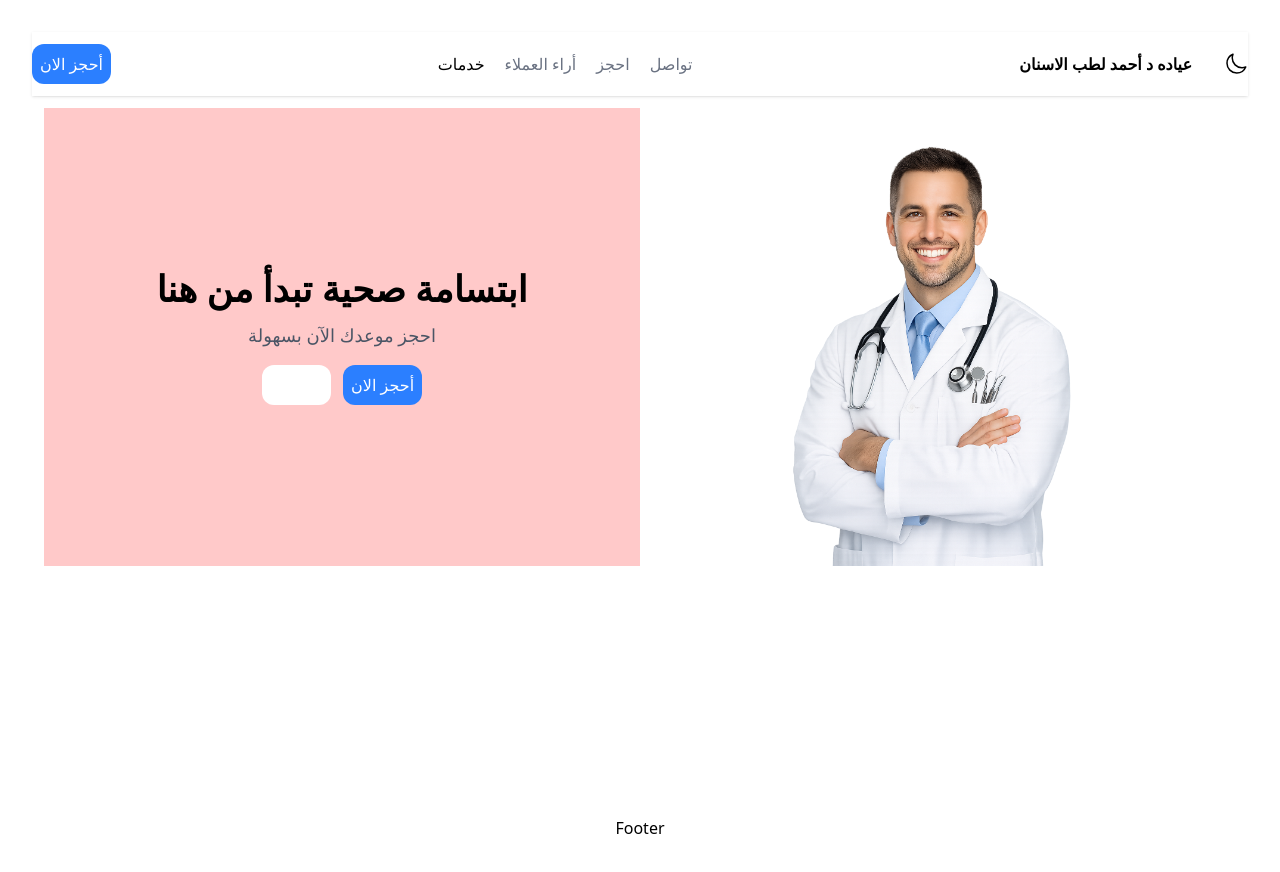
Repository: mohamedehab23-pro/clinic
Page: /
The author's editor kept a copy of each file at every save. The page is drawn from the files as they stood at one save, then again after a run of saves.
The browser window is 1280 px wide. The pictures show the whole page.
The project was rebuilt for these pictures with package versions that can differ from the ones it lists, and the page was loaded fresh each time. Also part of the build but not shown: vite.config.js, src/Pages/AboutPage.jsx, src/Pages/ContactPage.jsx, src/Pages/NotFound.jsx, src/Components/Child.jsx, src/Components/Parent.jsx.

Above is the page before, as saved 2026-02-22 14:18:27.

After the next 3 saves:
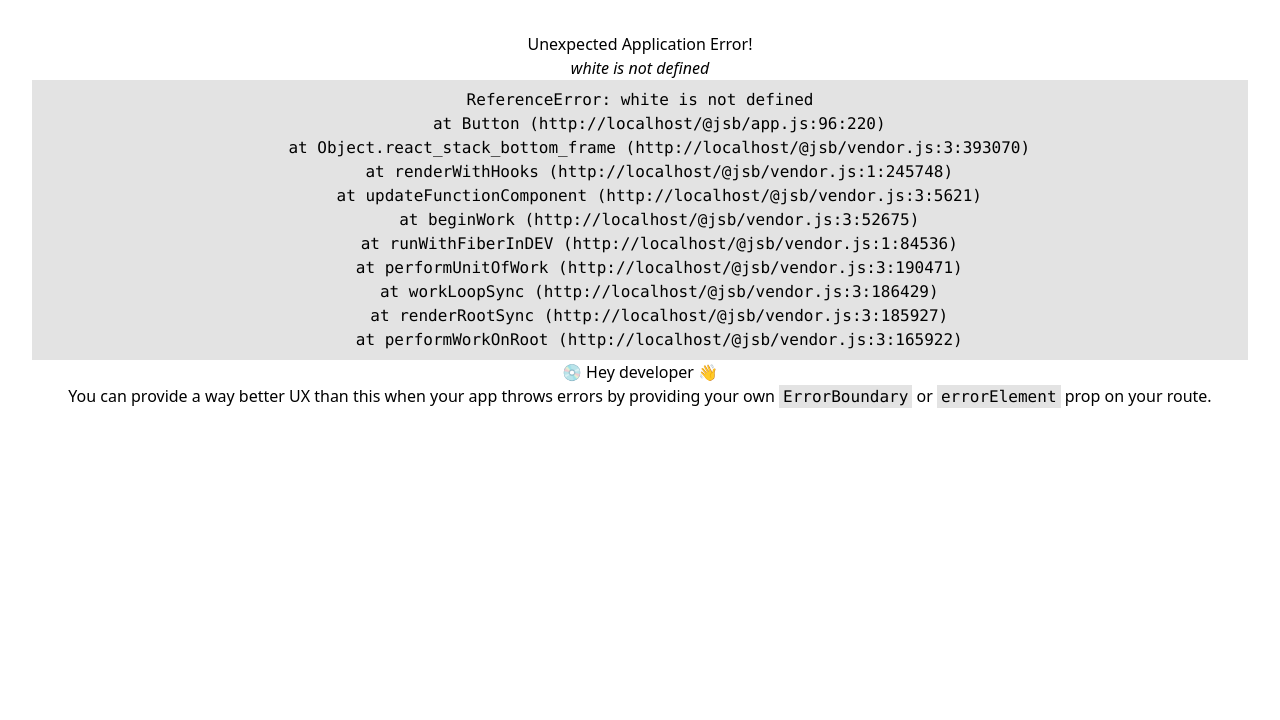
The 3 saves are shown as one change because they came seconds apart.
The last was saved 9 s later.
--- a/src/Components/Button.jsx
+++ b/src/Components/Button.jsx
@@ -4,7 +4,7 @@
 export default function Button({bg,hover,text,color }) {
   return (
    <>
-   <button className={`p-2 rounded-xl ${bg} ${hover} text-white `}><Link to={'/'}>{text}</Link></button>
+   <button className={`p-2 rounded-xl ${bg} ${hover} ${text-white} `}><Link to={'/'}>{text}</Link></button>
    </>
   )
 }

After the save that followed:
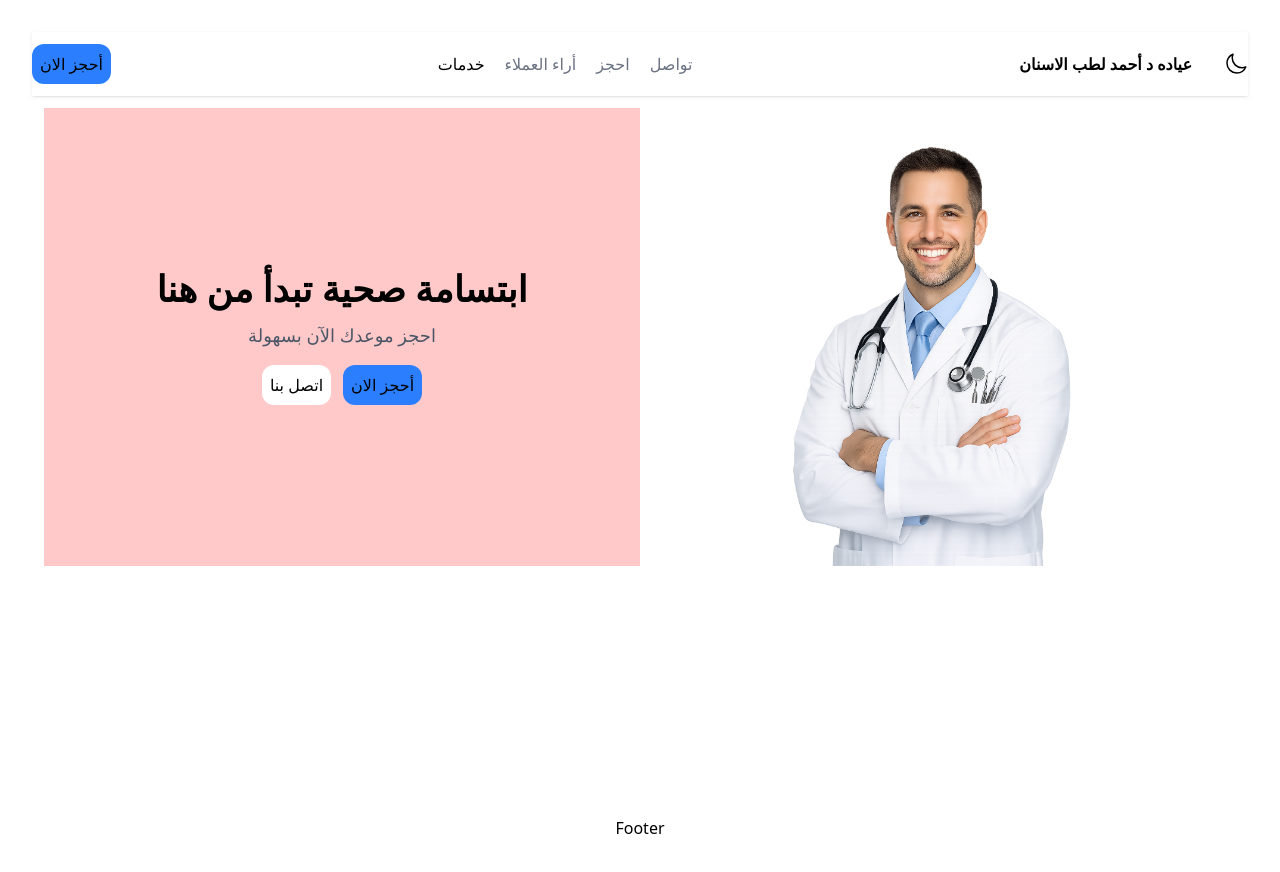
Saved 4 s later.
--- a/src/Components/Button.jsx
+++ b/src/Components/Button.jsx
@@ -4,7 +4,7 @@
 export default function Button({bg,hover,text,color }) {
   return (
    <>
-   <button className={`p-2 rounded-xl ${bg} ${hover} ${text-white} `}><Link to={'/'}>{text}</Link></button>
+   <button className={`p-2 rounded-xl ${bg} ${hover} ${color} `}><Link to={'/'}>{text}</Link></button>
    </>
   )
 }
